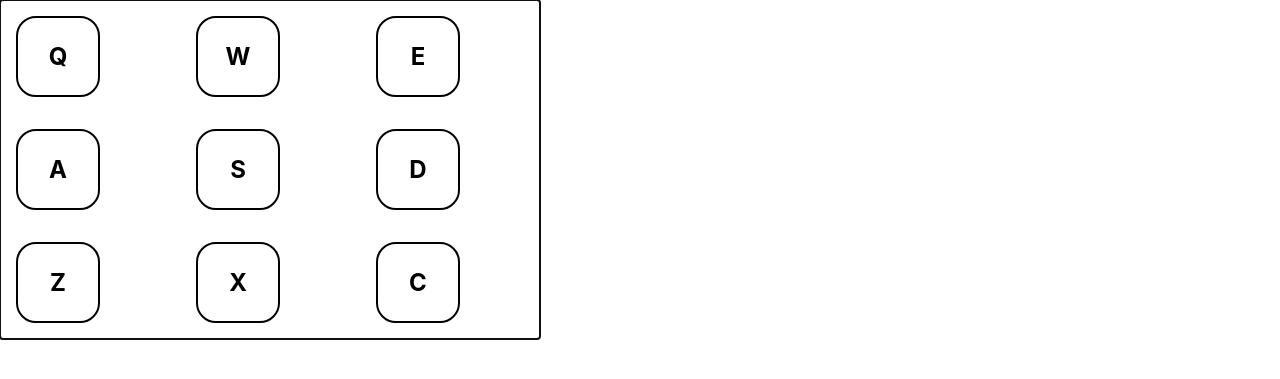
Repository: milac0/drum-machine
Page: /
An editor plug-in stored every save of this project. The page is shown before and after the next save, followed by the edit.
The browser window is 1280 px wide. The pictures show the whole page.
The project was rebuilt for these pictures with package versions that can differ from the ones it lists, and the page was loaded fresh each time.

Above is the page before, as saved 2019-10-25 17:25:07.

### public/index.html
<!DOCTYPE html>
<html lang="en">
  <head>
    <meta charset="utf-8" />
    <link rel="shortcut icon" href="%PUBLIC_URL%/favicon.ico" />
    <meta name="viewport" content="width=device-width, initial-scale=1" />
    <meta name="theme-color" content="#000000" />
    <!--
      manifest.json provides metadata used when your web app is installed on a
      user's mobile device or desktop. See https://developers.google.com/web/fundamentals/web-app-manifest/
    -->
    <link rel="manifest" href="%PUBLIC_URL%/manifest.json" />
    <!--
      Notice the use of %PUBLIC_URL% in the tags above.
      It will be replaced with the URL of the `public` folder during the build.
      Only files inside the `public` folder can be referenced from the HTML.

      Unlike "/favicon.ico" or "favicon.ico", "%PUBLIC_URL%/favicon.ico" will
      work correctly both with client-side routing and a non-root public URL.
      Learn how to configure a non-root public URL by running `npm run build`.
    -->
    <title>Drum Machine</title>
  </head>
  <body>
    <noscript>You need to enable JavaScript to run this app.</noscript>
    <div id="root"></div>
    <!--
      This HTML file is a template.
      If you open it directly in the browser, you will see an empty page.

      You can add webfonts, meta tags, or analytics to this file.
      The build step will place the bundled scripts into the <body> tag.

      To begin the development, run `npm start` or `yarn start`.
      To create a production bundle, use `npm run build` or `yarn build`.
    -->
    <script src="https://cdn.freecodecamp.org/testable-projects-fcc/v1/bundle.js"></script>
  </body>
</html>

### src/index.css
html {
  height: 100%;
}

body {
  margin: 0;
  padding: 0;
  height: 100%;
  min-height: 100%;
  width: 100%;
  font-family: -apple-system, BlinkMacSystemFont, "Segoe UI", "Roboto", "Oxygen",
    "Ubuntu", "Cantarell", "Fira Sans", "Droid Sans", "Helvetica Neue",
    sans-serif;
  -webkit-font-smoothing: antialiased;
  -moz-osx-font-smoothing: grayscale;
}
#root{
  height: 100%;
}
code {
  font-family: source-code-pro, Menlo, Monaco, Consolas, "Courier New",
    monospace;
}

### src/App.js
import React, { Fragment } from "react";
import "./App.css";
import DrumPad from "./Components/DrumPad";

class App extends React.Component {
  constructor(props) {
    super(props);
    this.references = {};
    this.state = { display: "" };
    this.keyPressRef = React.createRef();
    this.handleClick = this.handleClick.bind(this);
    this.handleKeyDown = this.handleKeyDown.bind(this);
    this.getOrCreateRef = this.getOrCreateRef.bind(this);
    this.setDisplay = this.setDisplay.bind(this);
  }

  componentDidMount() {
    this.keyPressRef.current.focus();
  }

  handleClick = id => {
    // console.log(this.references[id].current);
    this.references[id].current.play();
    this.references[id].current.currentTime = 0;
    this.setDisplay(id);
  };

  handleKeyDown = e => {
    if (this.references.hasOwnProperty(e.key.toUpperCase())) {
      this.references[e.key.toUpperCase()].current.play();
      this.references[e.key.toUpperCase()].current.currentTime = 0;
    }
    this.setDisplay(e.key.toUpperCase());
  };

  setDisplay(id) {
    let display;
    try {
      display = drums.filter(elem => elem.id === id)[0].text;
    } catch {
      display = this.state.display;
    }
    console.log(display);
    this.setState({ display });
  }

  getOrCreateRef(id) {
    if (!this.references.hasOwnProperty(id)) {
      return (this.references[id] = React.createRef());
    } else return this.references[id];
  }

  render() {
    return (
      <Fragment>
      <div
        id="drum-machine"
        ref={this.keyPressRef}
        onKeyDown={this.handleKeyDown}
        tabIndex="0"
      >


        {/* <div id="drum-pads"> */}
          {drums.map((elem, i) => (
            <DrumPad
              name={elem.text}
              ref={this.getOrCreateRef(elem.id)}
              clickHandler={this.handleClick}
              id={elem.id}
              src={elem.src}
              key={i}
            />
          ))}
        {/* </div> */}
      </div>
      <p id="display">{this.state.display}</p>
      </Fragment>
    );
  }
}

const drums = [
  {
    id: "Q",
    text: "hit the nail",
    src:
      "https://sampleswap.org/samples-ghost/DRUMS%20(SINGLE%20HITS)/Kicks/16[kb]808bd.aif.mp3"
  },
  {
    id: "W",
    text: "badong",
    src:
      "https://sampleswap.org/samples-ghost/DRUMS%20(SINGLE%20HITS)/Kicks/152[kb]808bd3.aif.mp3"
  },
  {
    id: "E",
    text: "stop kick",
    src:
      "https://sampleswap.org/samples-ghost/DRUMS%20(SINGLE%20HITS)/Kicks/15[kb]808bd2.aif.mp3"
  },
  {
    id: "A",
    text: "pang",
    src:
      "https://sampleswap.org/samples-ghost/DRUMS%20(SINGLE%20HITS)/Kicks/152[kb]808distbd.aif.mp3"
  },
  {
    id: "S",
    text: "boing",
    src:
      "https://sampleswap.org/samples-ghost/DRUMS%20(SINGLE%20HITS)/Kicks/67[kb]808sub.aif.mp3"
  },
  {
    id: "D",
    text: "absolute insane kikdrum",
    src:
      "https://sampleswap.org/samples-ghost/DRUMS%20(SINGLE%20HITS)/Kicks/69[kb]absolutely-insane-kikdrum.wav.mp3"
  },
  {
    id: "Z",
    text: "absurdistan kick",
    src:
      "https://sampleswap.org/samples-ghost/DRUMS%20(SINGLE%20HITS)/Kicks/34[kb]absurdistan-kick.wav.mp3"
  },
  {
    id: "X",
    text: "backwards in crash",
    src:
      "https://sampleswap.org/samples-ghost/DRUMS%20(SINGLE%20HITS)/Gongs%20and%20Super%20Crashes/61[kb]backwards-in-crash.aif.mp3"
  },
  {
    id: "C",
    text: "cymbals",
    src:
      "https://sampleswap.org/samples-ghost/DRUMS%20(SINGLE%20HITS)/Cymbals/100[kb]curiouscym1.aif.mp3"
  }
];

export default App;

### src/App.css
/* #drum-pads {
  max-width: 40%;
  height: auto;
  margin: 0 auto;
  padding: 10px;
  position: relative;
  margin: 0 auto;
  align-self: auto;
  display: inline-grid;
} */

#drum-machine {
  display: inline-grid;
  grid-template-columns: 180px 180px 180px;
}

.drum-pad {
  max-width: 80px;
  height: auto;
  margin: 1em;
  border: 2px solid black;
  border-radius: 20px;
  text-align: center;
}

.drum-pad p {
  font-size: 1.5rem;
  font-weight: 700;
}

/* #display {
  margin: 0 auto;
  height: 30px;
  width: 200px;
  padding: 10px;
  background: #FDC8C8;
  text-align: center;
}

.drum-pad {
  width: 240px;
  text-align: center;
  border: 1px solid black;
  padding: 1rem 1.5rem;
}

#W {
  grid-column-start: 2;
  grid-column-end: 3;
}

#E {
  grid-column-start: 3;
  grid-column-end: 4;
}

.drum-pad:hover {
  cursor: pointer;
} */

### src/Components/DrumPad.js
import React from "react";

const DrumPad = React.forwardRef((props, ref) => (
  <div
    className="drum-pad"
    id={props.id}
    onClick={() => props.clickHandler(props.id)}
    text={props.name}
  >
    <p>{props.id}</p>
    <audio ref={ref} src={props.src} className="clip" id={props.id}></audio>
  </div>
));

export default DrumPad;

Loaded but not shown: src/index.js (common file)

After the next save:
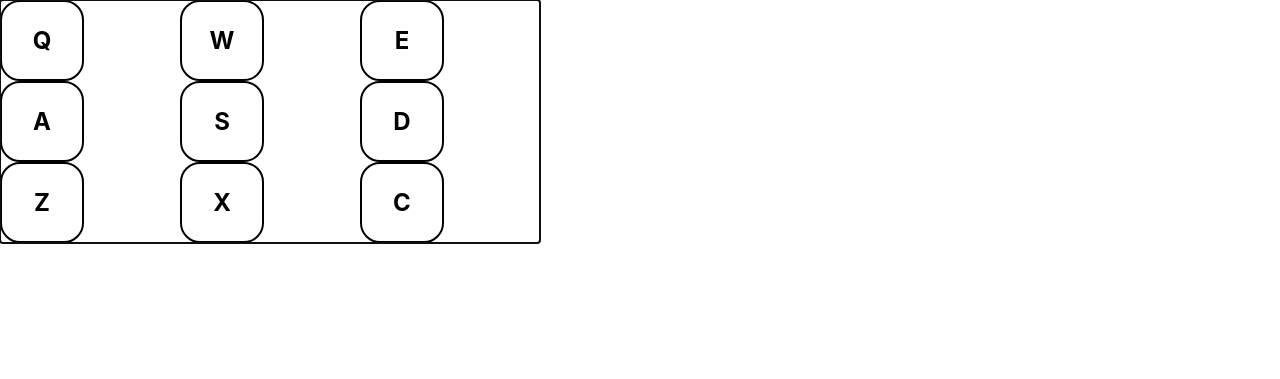
Saved 46 s later.
--- a/src/App.css
+++ b/src/App.css
@@ -17,7 +17,7 @@
 .drum-pad {
   max-width: 80px;
   height: auto;
-  margin: 1em;
+  /* margin: 1em; */
   border: 2px solid black;
   border-radius: 20px;
   text-align: center;

After the 3 saves that followed:
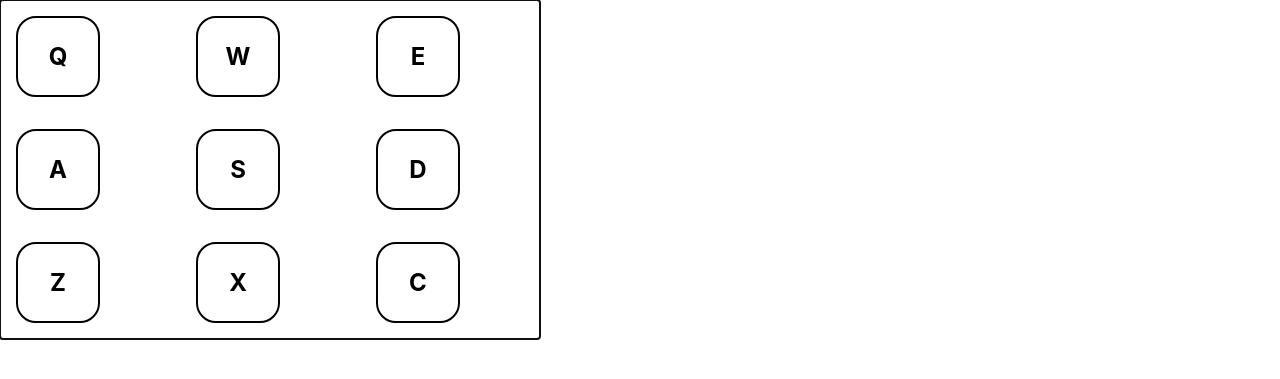
The 3 saves are shown as one change because 1 left the picture as it was and some came seconds apart.
The last was saved 26 s later.
--- a/src/App.css
+++ b/src/App.css
@@ -17,7 +17,7 @@
 .drum-pad {
   max-width: 80px;
   height: auto;
-  /* margin: 1em; */
+  margin: 1em;
   border: 2px solid black;
   border-radius: 20px;
   text-align: center;
